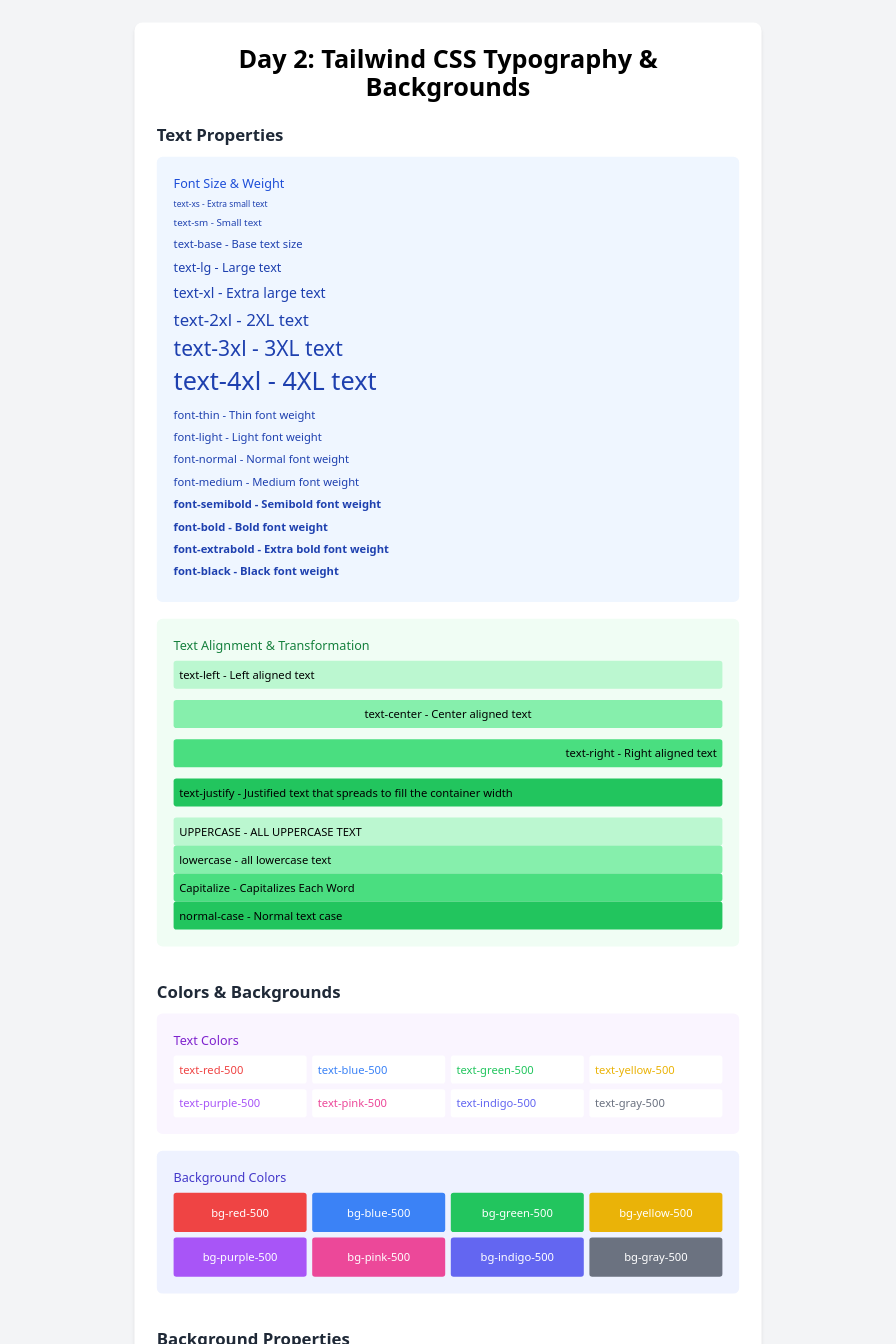
Repository: riyas-git-sys/Tailwind-complete-tutorial
Page: day2/day2.html
These files come from the project's save history. The page is drawn as it stood at one moment and after the next save; the edit follows.
The browser window is 1280 px wide. The pictures show the part of the page from y = 0 to 1920 px (the page is 3164 px tall), at 70% of full size.
Some web libraries are served in a nearby version.

Above is the page before, as saved 2025-11-28 14:39:15.

### day2/day2.html
<!DOCTYPE html>
<html lang="en">
<head>
    <meta charset="UTF-8">
    <meta name="viewport" content="width=device-width, initial-scale=1.0">
    <title>Day 2: Tailwind CSS Typography & Backgrounds</title>
    <script src="https://cdn.tailwindcss.com"></script>
</head>
<body class="bg-gray-100 p-8">
    <div class="max-w-4xl mx-auto bg-white rounded-xl shadow-md p-8">
        <h1 class="text-4xl font-bold text-center text-blue-0 mb-8">Day 2: Tailwind CSS Typography & Backgrounds</h1>

        <!-- Text Properties -->
        <section class="mb-12">
            <h2 class="text-2xl font-semibold text-gray-800 mb-4">Text Properties</h2>

            <div class="bg-blue-50 p-6 rounded-lg mb-6">
                <h3 class="text-lg font-medium text-blue-700 mb-2">Font Size & Weight</h3>
                <p class="text-xs text-blue-800 mb-2">text-xs - Extra small text</p>
                <p class="text-sm text-blue-800 mb-2">text-sm - Small text</p>
                <p class="text-base text-blue-800 mb-2">text-base - Base text size</p>
                <p class="text-lg text-blue-800 mb-2">text-lg - Large text</p>
                <p class="text-xl text-blue-800 mb-2">text-xl - Extra large text</p>
                <p class="text-2xl text-blue-800 mb-2">text-2xl - 2XL text</p>
                <p class="text-3xl text-blue-800 mb-2">text-3xl - 3XL text</p>
                <p class="text-4xl text-blue-800 mb-2">text-4xl - 4XL text</p>

                <div class="mt-4">
                    <p class="font-thin text-blue-800 mb-2">font-thin - Thin font weight</p>
                    <p class="font-light text-blue-800 mb-2">font-light - Light font weight</p>
                    <p class="font-normal text-blue-800 mb-2">font-normal - Normal font weight</p>
                    <p class="font-medium text-blue-800 mb-2">font-medium - Medium font weight</p>
                    <p class="font-semibold text-blue-800 mb-2">font-semibold - Semibold font weight</p>
                    <p class="font-bold text-blue-800 mb-2">font-bold - Bold font weight</p>
                    <p class="font-extrabold text-blue-800 mb-2">font-extrabold - Extra bold font weight</p>
                    <p class="font-black text-blue-800 mb-2">font-black - Black font weight</p>
                </div>
            </div>

            <div class="bg-green-50 p-6 rounded-lg">
                <h3 class="text-lg font-medium text-green-700 mb-2">Text Alignment & Transformation</h3>
                <div class="space-y-4">
                    <p class="text-left bg-green-200 p-2 rounded">text-left - Left aligned text</p>
                    <p class="text-center bg-green-300 p-2 rounded">text-center - Center aligned text</p>
                    <p class="text-right bg-green-400 p-2 rounded">text-right - Right aligned text</p>
                    <p class="text-justify bg-green-500 p-2 rounded">text-justify - Justified text that spreads to fill the container width</p>

                    <div class="mt-4">
                        <p class="uppercase bg-green-200 p-2 rounded">uppercase - ALL UPPERCASE TEXT</p>
                        <p class="lowercase bg-green-300 p-2 rounded">LOWERCASE - all lowercase text</p>
                        <p class="capitalize bg-green-400 p-2 rounded">capitalize - capitalizes each word</p>
                        <p class="normal-case bg-green-500 p-2 rounded">normal-case - Normal text case</p>
                    </div>
                </div>
            </div>
        </section>

        <!-- Colors & Backgrounds -->
        <section class="mb-12">
            <h2 class="text-2xl font-semibold text-gray-800 mb-4">Colors & Backgrounds</h2>

            <div class="bg-purple-50 p-6 rounded-lg mb-6">
                <h3 class="text-lg font-medium text-purple-700 mb-2">Text Colors</h3>
                <div class="grid grid-cols-2 md:grid-cols-4 gap-2">
                    <p class="text-red-500 bg-white p-2 rounded">text-red-500</p>
                    <p class="text-blue-500 bg-white p-2 rounded">text-blue-500</p>
                    <p class="text-green-500 bg-white p-2 rounded">text-green-500</p>
                    <p class="text-yellow-500 bg-white p-2 rounded">text-yellow-500</p>
                    <p class="text-purple-500 bg-white p-2 rounded">text-purple-500</p>
                    <p class="text-pink-500 bg-white p-2 rounded">text-pink-500</p>
                    <p class="text-indigo-500 bg-white p-2 rounded">text-indigo-500</p>
                    <p class="text-gray-500 bg-white p-2 rounded">text-gray-500</p>
                </div>
            </div>

            <div class="bg-indigo-50 p-6 rounded-lg">
                <h3 class="text-lg font-medium text-indigo-700 mb-2">Background Colors</h3>
                <div class="grid grid-cols-2 md:grid-cols-4 gap-2">
                    <div class="bg-red-500 p-4 rounded text-white text-center">bg-red-500</div>
                    <div class="bg-blue-500 p-4 rounded text-white text-center">bg-blue-500</div>
                    <div class="bg-green-500 p-4 rounded text-white text-center">bg-green-500</div>
                    <div class="bg-yellow-500 p-4 rounded text-white text-center">bg-yellow-500</div>
                    <div class="bg-purple-500 p-4 rounded text-white text-center">bg-purple-500</div>
                    <div class="bg-pink-500 p-4 rounded text-white text-center">bg-pink-500</div>
                    <div class="bg-indigo-500 p-4 rounded text-white text-center">bg-indigo-500</div>
                    <div class="bg-gray-500 p-4 rounded text-white text-center">bg-gray-500</div>
                </div>
            </div>
        </section>

        <!-- Background Properties -->
        <section class="mb-12">
            <h2 class="text-2xl font-semibold text-gray-800 mb-4">Background Properties</h2>

            <div class="bg-yellow-50 p-6 rounded-lg mb-6">
                <h3 class="text-lg font-medium text-yellow-700 mb-2">Background Size & Position</h3>
                <div class="space-y-4">
                    <div class="bg-cover bg-center h-32 bg-blue-200 rounded flex items-center justify-center">
                        <p class="text-blue-800 font-medium">bg-cover bg-center</p>
                    </div>
                    <div class="bg-contain bg-no-repeat h-32 bg-green-200 rounded flex items-center justify-center">
                        <p class="text-green-800 font-medium">bg-contain bg-no-repeat</p>
                    </div>
                    <div class="bg-auto bg-repeat h-32 bg-red-200 rounded flex items-center justify-center">
                        <p class="text-red-800 font-medium">bg-auto bg-repeat</p>
                    </div>
                </div>
            </div>

            <div class="bg-red-50 p-6 rounded-lg">
                <h3 class="text-lg font-medium text-red-700 mb-2">Gradient Backgrounds</h3>
                <div class="grid grid-cols-1 md:grid-cols-2 gap-4">
                    <div class="bg-gradient-to-r from-blue-500 to-purple-500 h-24 rounded flex items-center justify-center">
                        <p class="text-white font-medium">bg-gradient-to-r</p>
                    </div>
                    <div class="bg-gradient-to-b from-green-400 to-blue-500 h-24 rounded flex items-center justify-center">
                        <p class="text-white font-medium">bg-gradient-to-b</p>
                    </div>
                    <div class="bg-gradient-to-l from-yellow-400 to-red-500 h-24 rounded flex items-center justify-center">
                        <p class="text-white font-medium">bg-gradient-to-l</p>
                    </div>
                    <div class="bg-gradient-to-tr from-pink-500 to-yellow-500 h-24 rounded flex items-center justify-center">
                        <p class="text-white font-medium">bg-gradient-to-tr</p>
                    </div>
                </div>
            </div>
        </section>

        <!-- Opacity & Visibility -->
        <section>
            <h2 class="text-2xl font-semibold text-gray-800 mb-4">Opacity & Visibility</h2>

            <div class="bg-pink-50 p-6 rounded-lg">
                <h3 class="text-lg font-medium text-pink-700 mb-2">Opacity Examples</h3>
                <div class="grid grid-cols-2 md:grid-cols-5 gap-2">
                    <div class="bg-blue-500 opacity-100 p-4 rounded text-white text-center">opacity-100</div>
                    <div class="bg-blue-500 opacity-75 p-4 rounded text-white text-center">opacity-75</div>
                    <div class="bg-blue-500 opacity-50 p-4 rounded text-white text-center">opacity-50</div>
                    <div class="bg-blue-500 opacity-25 p-4 rounded text-white text-center">opacity-25</div>
                    <div class="bg-blue-500 opacity-0 p-4 rounded text-white text-center">opacity-0</div>
                </div>

                <div class="mt-4">
                    <h4 class="font-medium text-pink-600 mb-2">Visibility</h4>
                    <div class="flex space-x-4">
                        <div class="visible bg-green-500 p-4 rounded text-white">visible</div>
                        <div class="invisible bg-green-500 p-4 rounded text-white">invisible</div>
                    </div>
                </div>
            </div>
        </section>
    </div>
</body>
</html>

After the next save:
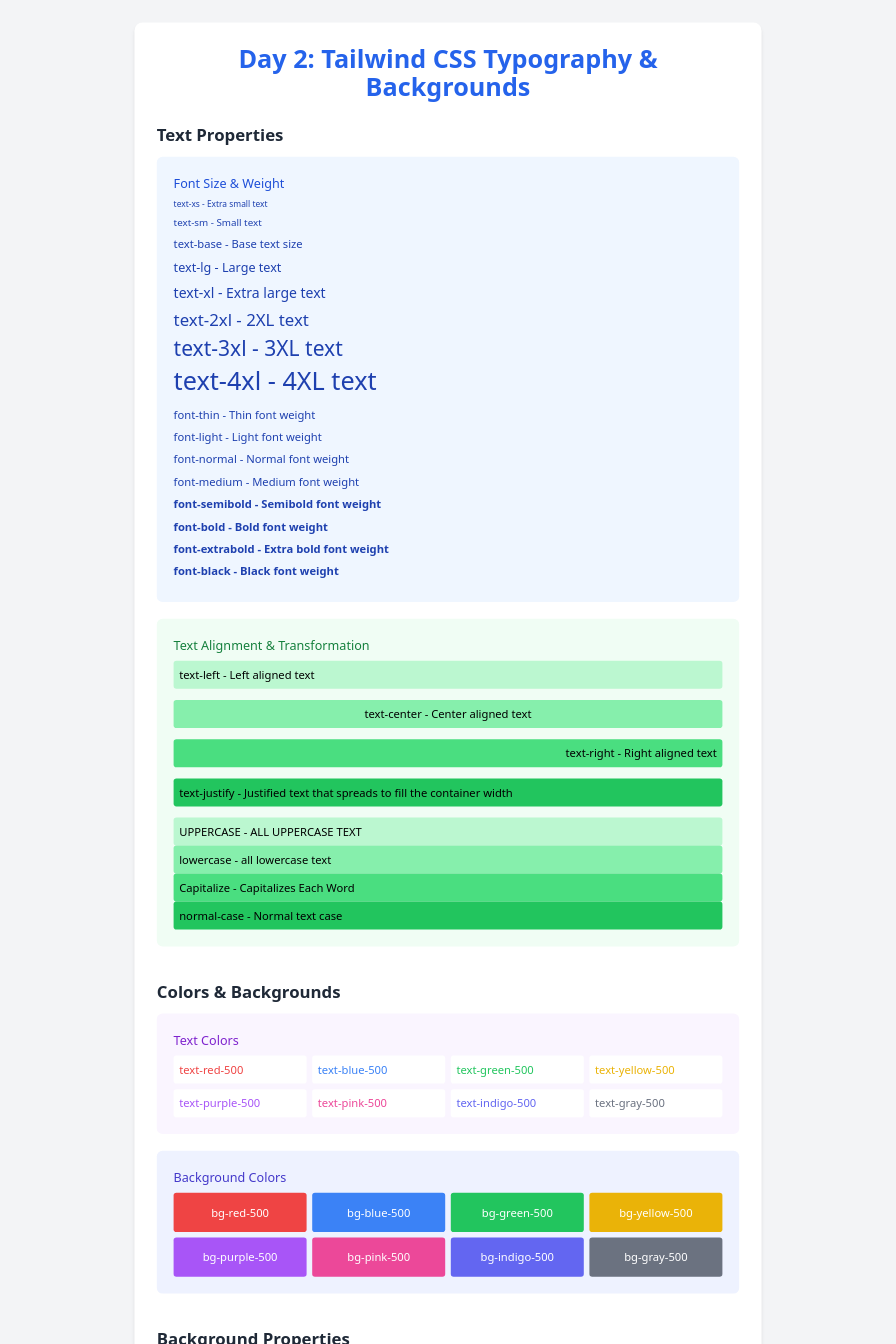
Saved 17 s later.
--- a/day2/day2.html
+++ b/day2/day2.html
@@ -8,7 +8,7 @@
 </head>
 <body class="bg-gray-100 p-8">
     <div class="max-w-4xl mx-auto bg-white rounded-xl shadow-md p-8">
-        <h1 class="text-4xl font-bold text-center text-blue-0 mb-8">Day 2: Tailwind CSS Typography & Backgrounds</h1>
+        <h1 class="text-4xl font-bold text-center text-blue-600 mb-8">Day 2: Tailwind CSS Typography & Backgrounds</h1>
 
         <!-- Text Properties -->
         <section class="mb-12">
